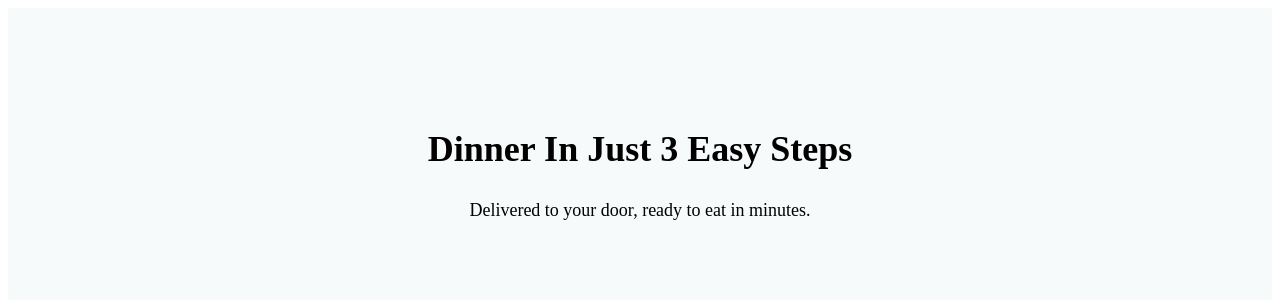
Repository: ST-United-Internship/leadpage
Page: icons-UI.html
An editor plug-in stored every save of this project. The page is shown before and after the next save, followed by the edit.
The browser window is 1280 px wide. The pictures show the whole page.

Above is the page before, as saved 2023-03-15 09:16:38.

After the next save:
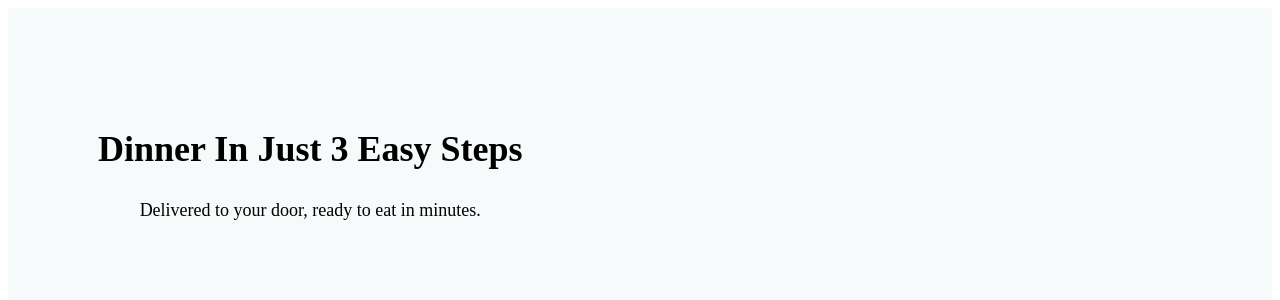
Saved 30 s later.
--- a/css/icons-UI.css
+++ b/css/icons-UI.css
@@ -1,6 +1,6 @@
 .about{
     background-color: #f7fafa;
-    width: 100%;
+    display: flex;
 }
 
 .about .title-text{

After the save that followed:
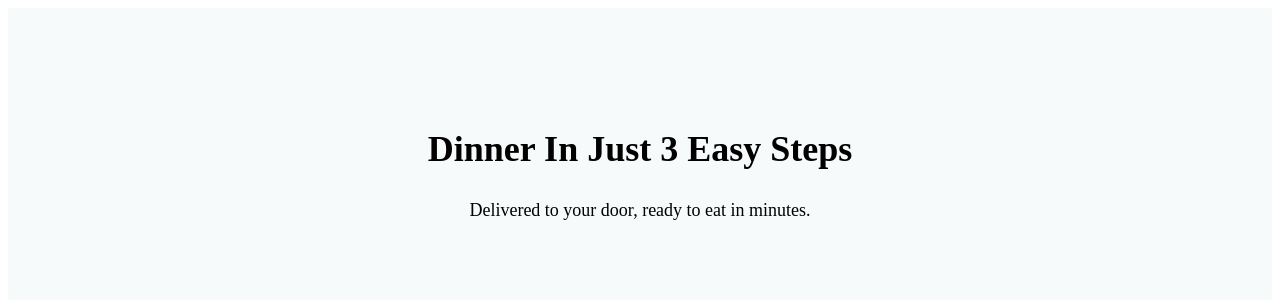
Saved 25 s later.
--- a/css/icons-UI.css
+++ b/css/icons-UI.css
@@ -1,6 +1,5 @@
 .about{
     background-color: #f7fafa;
-    display: flex;
 }
 
 .about .title-text{
